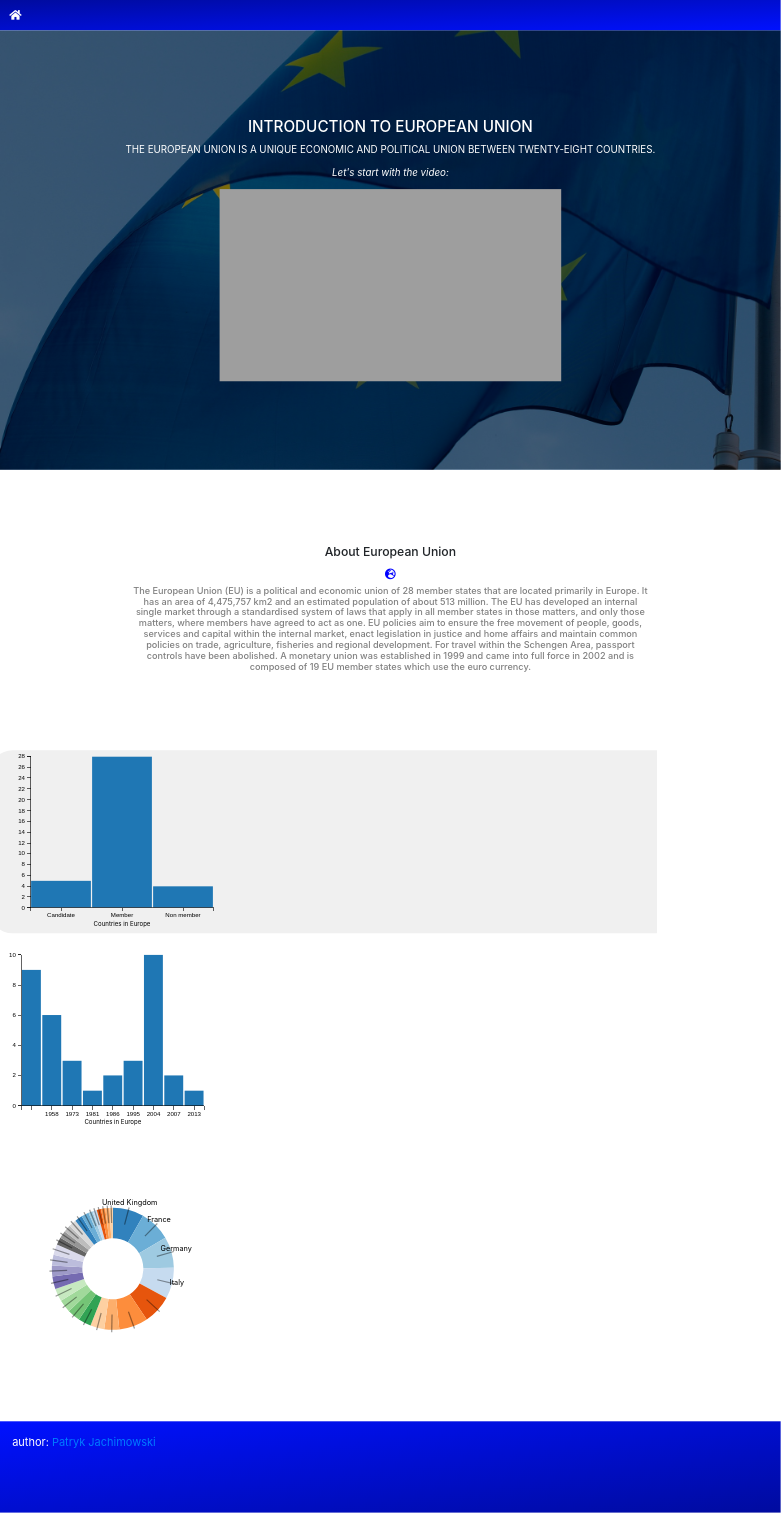
Repository: pjachimowski/renewable
Page: index.html
The author's editor kept a record of every edit. The page is drawn from the files as they stood at one moment, then again after the next edit.
The browser window is 1280 px wide. The pictures show the whole page, at 61% of full size.
Pictures or frames that could not be fetched are drawn as grey boxes. Backgrounds fixed to the window are drawn as part of the page. Some web fonts or font styles are not loaded; a fallback is used. Some web libraries are served in a nearby version.

Above is the page before.

After the next edit:
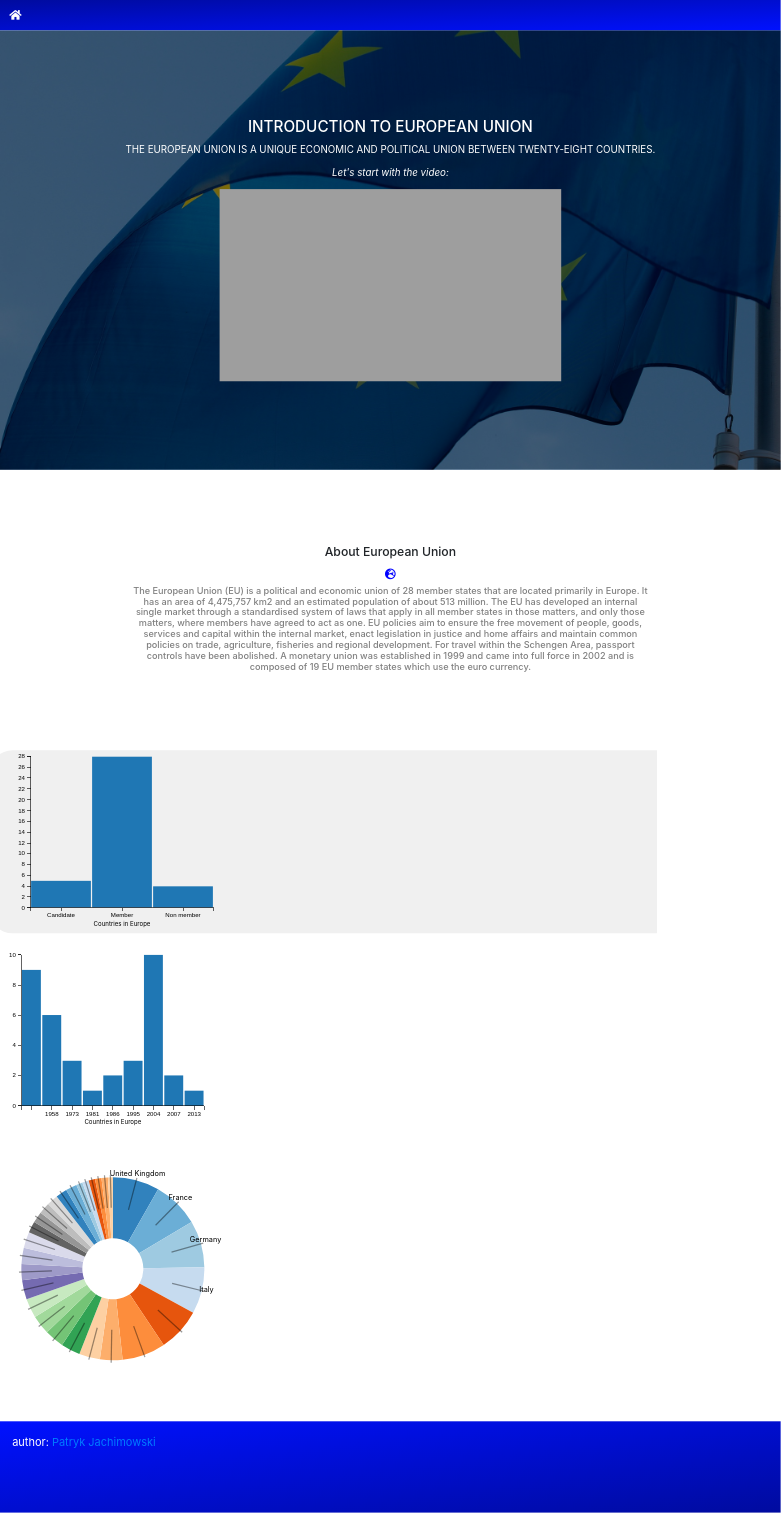
The edit:
--- a/static/js/graphs2.js
+++ b/static/js/graphs2.js
@@ -65,7 +65,7 @@
     dc.pieChart("#council_votes")
         .height(400)
         .width(400)
-        .radius(100)
+        .radius(150)
         .slicesCap(37)
         .innerRadius(50)
         .dimension(dim)
